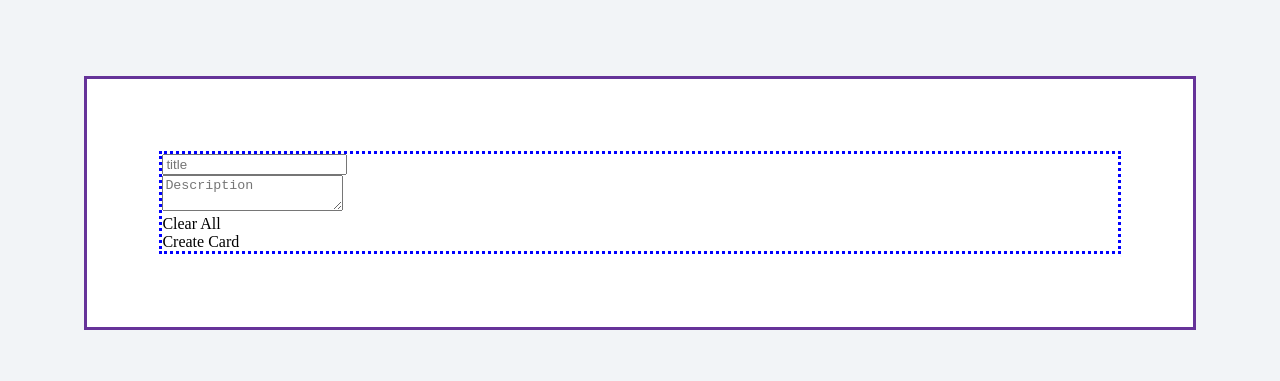
Repository: ReyhanehRahmani/TO-DO
Page: index.html
The author's editor kept a copy of each file at every save. The page is drawn from the files as they stood at one save, then again after the next save.
The browser window is 1280 px wide. The pictures show the whole page.

Above is the page before, as saved 2025-06-07 22:17:08.

### index.html
<!DOCTYPE html>

<html lang="en">

    <head>

        <meta name="viewport" content="width=device-width, initial-scale=1.0" />

        <title>TO-DO</title>

        <link rel="icon" type="image/jpg" href="favicon.png">

        <link rel="stylesheet" href="style.css">

    </head>
    <body>
        <div id="main-card">
            <div id="content">
                <div id="title">
                    <input type="text" id="titlebox" minlength="3" maxlength="30" placeholder="title">
                </div>
                <div id="description">
                    <textarea type="text" id="description" maxlength="200" placeholder="Description"></textarea>
                </div>
                <div id="buttons">
                    <div id="clear">Clear All</div>
                    <div id="creat">Create Card</div>
                </div>
            </div>
        </div>
    </body>

### style.css
body{
    background-color: #F2F4F7;
}



#main-card{
    margin-left: 6%;
    margin-right: 6%;
    margin-top: 6%;
    background-color: #FFFFFF;
    border: solid rebeccapurple;
}

#content{
    margin-right: 6.557377049%;
    margin-left: 6.557377049%;
    margin-top: 6.557377049%;
    margin-bottom: 6.557377049%;
    border: dotted blue;
}

#title-box{
    font-family: Poppins;
    font-weight: 700;
    font-size: 18px;
    line-height: 150%;
    letter-spacing: -2%;
    border
}

After the next save:
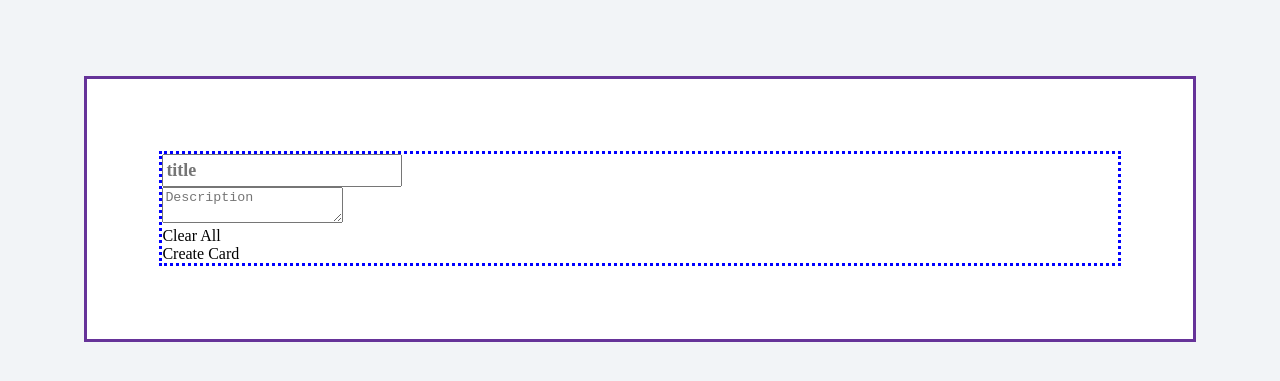
Saved 13 s later.
--- a/style.css
+++ b/style.css
@@ -20,7 +20,7 @@ body{
     border: dotted blue;
 }
 
-#title-box{
+#titlebox{
     font-family: Poppins;
     font-weight: 700;
     font-size: 18px;
